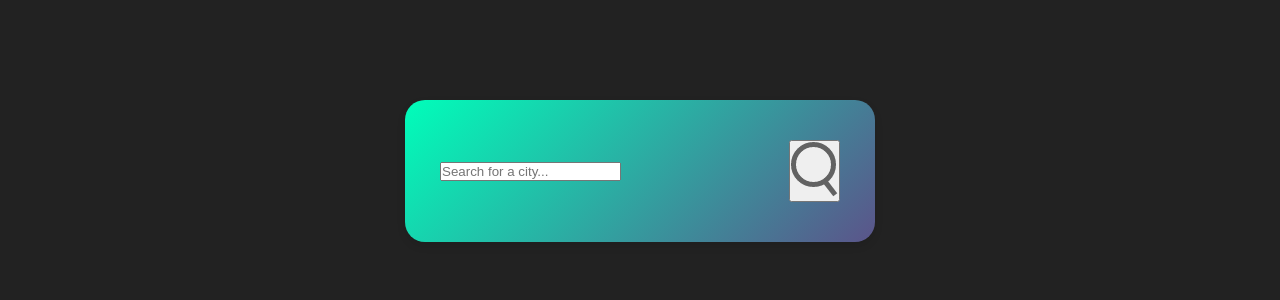
Repository: Abdelilah-Lakrim/Weather-App
Page: index.html
These files come from the project's save history. The page is drawn as it stood at one moment and after a run of saves; the edit follows.
The browser window is 1280 px wide. The pictures show the whole page.

Above is the page before, as saved 2025-06-17 11:04:17.

### index.html
<!DOCTYPE html>
<html>
<head>
    <meta charset="UTF-8" />
    <title>Weather App</title>
    <link rel="stylesheet" href="style.css" >
</head>
<body>

    <div class="card">
        <div class="search">
            <input type="text" placeholder="Search for a city..." spellcheck="false" />
            <button><img src="images/search.png"></button>
        </div>
    </div>

</body>
</html>

### style.css
*{
    margin: 0;
    padding: 0;
    font-family: 'Poppins', sans-serif;
    box-sizing: border-box;
}
body{
    background-color: #222;
    color: #333;
}
.card{
    width: 90%;
    max-width: 470px;
    background: linear-gradient(135deg, #00feba, #5b548a);
    color: #fff;
    margin: 100px auto  0;
    padding: 40px 35px;
    border-radius: 20px;
    box-shadow: 0 4px 8px rgba(0, 0, 0, 0.1);
    overflow: hidden;
    position: relative;
    text-align: center;
}
.search{
    width: 100%;
    display: flex;
    align-items: center;
    justify-content: space-between;
    position: relative;

}

After the next 9 saves:
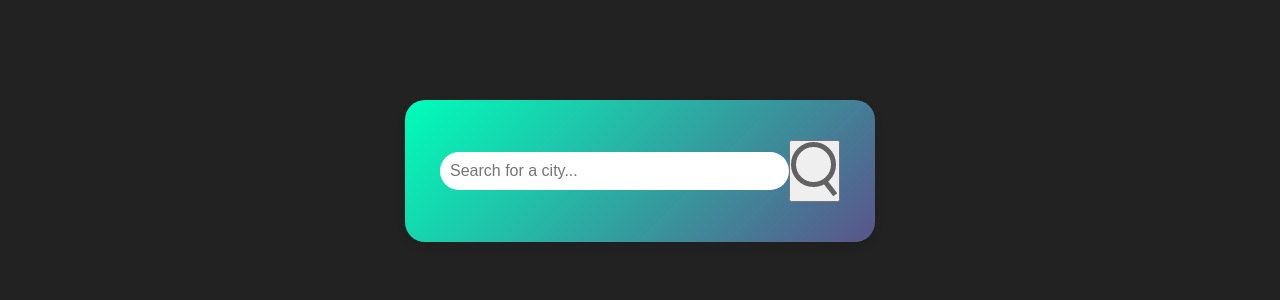
The 9 saves are shown as one change because they came seconds apart.
The last was saved 24 s later.
--- a/style.css
+++ b/style.css
@@ -26,6 +26,13 @@
     display: flex;
     align-items: center;
     justify-content: space-between;
-    position: relative;
+}
 
+.search input{
+    width: 100%;
+    padding: 10px;
+    border: none;
+    border-radius: 20px;
+    outline: none;
+    font-size: 16px;
 }

After the 4 saves that followed:
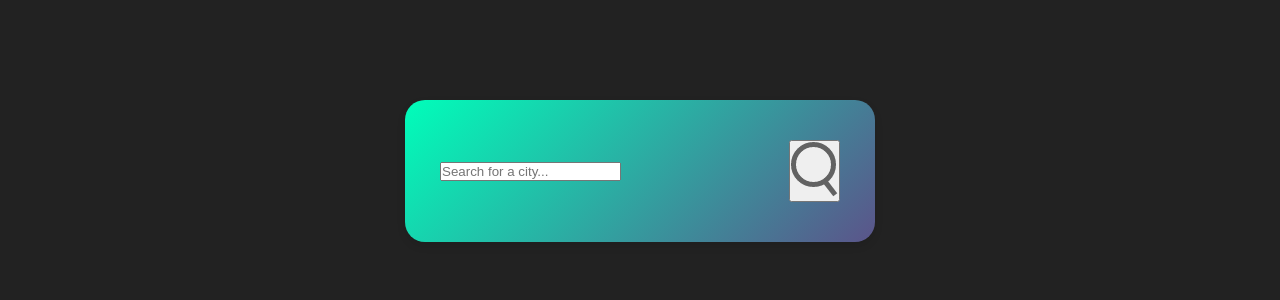
The 4 saves are shown as one change because they came seconds apart.
The last was saved 12 s later.
--- a/style.css
+++ b/style.css
@@ -29,10 +29,4 @@
 }
 
 .search input{
-    width: 100%;
-    padding: 10px;
-    border: none;
-    border-radius: 20px;
-    outline: none;
-    font-size: 16px;
-}
+    border: ;
